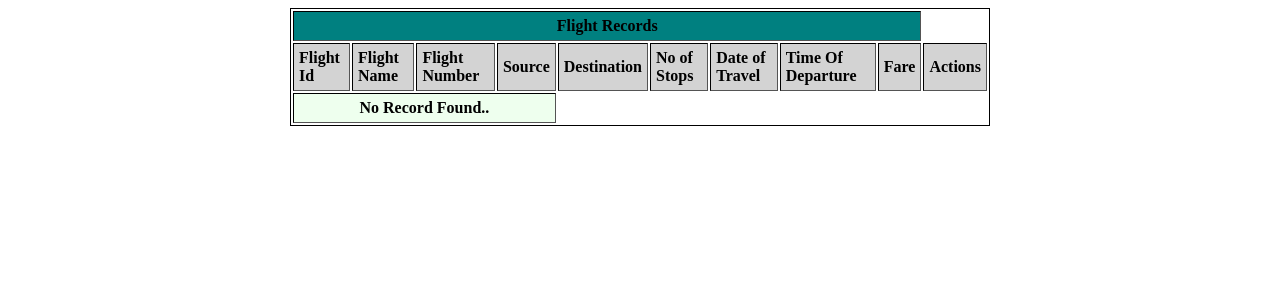
Repository: pawankas/Java_Mini_Project
Page: http://localhost/AirReservation/Search
These files come from the project's save history. The page is drawn as it stood at one moment and after the next save; the edit follows.
The browser window is 1280 px wide. The pictures show the whole page.
The page is served by Tomcat 9. Other server files are loaded and not shown. Queries for data that is not in the repository find no rows.

Above is the page before, as saved 2022-03-17 17:39:03.

### Mini_Project_Java/AirReservation/WebContent/SearchView.jsp
<%@ page import="java.util.*" %>
 <%@page contentType="text/html" pageEncoding="UTF-8"%>
<!DOCTYPE HTML>
<html>
    <head>
    </head>
    <body>
        <table width="700px" align="center" border="1" cellpadding="5"
               style="border:1px solid #000000;">
            <tr>
                <td colspan=9 align="center"
                    style="background-color:teal">
                    <b>Flight Records</b></td>
            </tr>
            <tr style="background-color:lightgrey;">
                <td><b>Flight Id</b></td>
                <td><b>Flight Name</b></td>
                <td><b>Flight Number</b></td>
                <td><b>Source</b></td>
                <td><b>Destination</b></td>
                <td><b>No of Stops</b></td>
                <td><b>Date of Travel</b></td>
                <td><b>Time Of Departure</b></td>
                <td><b>Fare</b></td>
                <td><b>Actions</b></td>

            </tr>

            <%
                int count = 0;
                String color = "";
                if (request.getAttribute("flightList") != null) {
                    ArrayList al = (ArrayList) request.getAttribute("flightList");
                    System.out.println(al);
                    Iterator itr = al.iterator();
                    while (itr.hasNext()) {

                        if ((count % 2) == 0) {
                            color = "";
                        }
                        count++;
                        ArrayList flightList = (ArrayList) itr.next();
            %>
            <tr style="background-color:<%=color%>;">
                <td><%=flightList.get(0)%></td>
                <td><%=flightList.get(1)%></td>
                <td><%=flightList.get(2)%></td>
                <td><%=flightList.get(3)%></td>
                <td><%=flightList.get(4)%></td>
                <td><%=flightList.get(5)%></td>
                <td><%=flightList.get(6)%></td>
                <td><%=flightList.get(7)%></td>
                <td><%=flightList.get(8)%></td>
               <td><a
						href="edit?flightId=<c:out value='${flight.flightId}' />">Edit</a>
						&nbsp;&nbsp;&nbsp;&nbsp; <a
						href="delete?flightId=<c:out value='${flight.flightId}' />">Delete</a>
						</td>
            </tr>
            <%
                    }
                }
                if (count == 0) {
            %>
            <tr>
                <td colspan=4 align="center"
                    style="background-color:#eeffee"><b>No Record Found..</b></td>
            </tr>
            <%            }
            %>
        </table>
    </body>
</html>

### Mini_Project_Java/AirReservation/src/com/cybage/controller/FlightControllerServlet.java
package com.cybage.controller;

import java.io.IOException;
import java.io.PrintWriter;
import java.sql.Connection;
import java.sql.DriverManager;
import java.sql.ResultSet;
import java.sql.SQLException;
import java.sql.Statement;
import java.text.SimpleDateFormat;
import java.util.ArrayList;
import java.util.Date;
import java.util.List;

import javax.servlet.RequestDispatcher;
import javax.servlet.ServletException;
import javax.servlet.annotation.WebServlet;
import javax.servlet.http.HttpServlet;
import javax.servlet.http.HttpServletRequest;
import javax.servlet.http.HttpServletResponse;

import com.cybage.dao.FlightDao;
import com.cybage.model.Flight;

@WebServlet("/")
public class FlightControllerServlet extends HttpServlet {
	private static final long serialVersionUID = 1L;
	private FlightDao flightDao;

	public void init() {
		flightDao = new FlightDao();
	}

	protected void doPost(HttpServletRequest request, HttpServletResponse response)
			throws ServletException, IOException {
		doGet(request, response);
	}

	protected void doGet(HttpServletRequest request, HttpServletResponse response)
			throws ServletException, IOException {
		String action = request.getServletPath();

		try {
			switch (action) {
			case "/new":
				showNewForm(request, response);
				break;
			case "/insert":
				insertFlight(request, response);
				break;
			case "/delete":
				deleteFlight(request, response);
				break;
			case "/edit":
				showEditForm(request, response);
				break;
			case "/update":
				updateFlight(request, response);
				break;
			case "/uflist":
				userFlightList(request, response);
				break;
			case "/Search":
				searchFlightById(request, response);
				break;
			default:
				FlightList(request, response);
				break;
			}
		} catch (SQLException ex) {
			throw new ServletException(ex);
		}
	}

	private void FlightList(HttpServletRequest request, HttpServletResponse response)
			throws SQLException, IOException, ServletException {
		List<Flight> FlightList = flightDao.selectAllFlights();
		request.setAttribute("FlightList", FlightList);
		RequestDispatcher dispatcher = request.getRequestDispatcher("FlightList.jsp");
		dispatcher.forward(request, response);
	}

	private void userFlightList(HttpServletRequest request, HttpServletResponse response)
			throws SQLException, IOException, ServletException {
		List<Flight> FlightList = flightDao.selectAllFlights();
		request.setAttribute("FlightList", FlightList);
		RequestDispatcher dispatcher = request.getRequestDispatcher("userHome.jsp");
		dispatcher.forward(request, response);
	}

	private void showNewForm(HttpServletRequest request, HttpServletResponse response)
			throws ServletException, IOException {
		RequestDispatcher dispatcher = request.getRequestDispatcher("FlightForm.jsp");
		dispatcher.forward(request, response);
	}

	private void showEditForm(HttpServletRequest request, HttpServletResponse response)
			throws SQLException, ServletException, IOException {
		int flightId = Integer.parseInt(request.getParameter("flightId"));
		Flight existingFlight = flightDao.selectFlight(flightId);
		RequestDispatcher dispatcher = request.getRequestDispatcher("UpdateForm.jsp");
		request.setAttribute("flight", existingFlight);
		dispatcher.forward(request, response);

	}

	private void insertFlight(HttpServletRequest request, HttpServletResponse response)
			throws SQLException, IOException {
		String flightName = request.getParameter("flightName");
		String flightNumber = request.getParameter("flightNumber");
		String source = request.getParameter("source");
		String destination = request.getParameter("destination");
		String noOfStops = request.getParameter("noOfStops");
		String date = request.getParameter("date");
		String time = request.getParameter("time");
		double price = Double.parseDouble(request.getParameter("price"));
		Flight newFlight = new Flight(flightName, flightNumber, source, destination, noOfStops, date, time, price);
		flightDao.insertFlight(newFlight);
		response.sendRedirect("list");
	}

	private void updateFlight(HttpServletRequest request, HttpServletResponse response)
			throws IOException, SQLException {
		int flightId = Integer.parseInt(request.getParameter("flightId"));
		String flightName = request.getParameter("flightName");
		String flightNumber = request.getParameter("flightNumber");
		String source = request.getParameter("source");
		String destination = request.getParameter("destination");
		String noOfStops = request.getParameter("noOfStops");
		String date = request.getParameter("date");
		String time = request.getParameter("time");
		double price = Double.parseDouble(request.getParameter("price"));

		Flight flight = new Flight(flightId, flightName, flightNumber, source, destination, noOfStops, date, time,
				price);
		flightDao.updateFlight(flight);

		response.sendRedirect("list");
	}

	public void searchFlightById(HttpServletRequest request, HttpServletResponse response) throws IOException {
		response.setContentType("text/html");
		PrintWriter out = response.getWriter();
		Connection conn = null;
		String url = "jdbc:mysql://localhost:3306/";
		String dbName = "airlinereservationsystem";
		String driver = "com.mysql.jdbc.Driver";
		String userName = "root";
		String password = "P9637333109k@";
		Statement st = null;
		try {
			Class.forName(driver).newInstance();
			conn = DriverManager.getConnection(url + dbName, userName, password);
			System.out.println("connected!.....");
			String flightId = request.getParameter("flightId");
			System.out.println(flightId);
			ArrayList al = null;
			// Flight flight = null;
			ArrayList flightList = new ArrayList<>();
			String query = "select * from flight";
			if (flightId != null && !flightId.equals("")) {
				query = "select * from flight where flightId='" + flightId + "' ";
			}
			System.out.println("query " + query);
			st = conn.createStatement();
			ResultSet rs = st.executeQuery(query);

			while (rs.next()) {
				al = new ArrayList();
				/*
				 * Flight flight = new Flight();
				 * flight.setFlightId((Integer.parseInt(rs.getString(1))));
				 * flight.setFlightName(rs.getString(2));
				 */
				al.add(rs.getString(1));
				al.add(rs.getString(2));
				al.add(rs.getString(3));
				al.add(rs.getString(4));
				al.add(rs.getString(5));
				al.add(rs.getString(6));
				al.add(rs.getString(7));
				al.add(rs.getString(8));
				al.add(rs.getString(9));
				System.out.println("al :: " + al);
				flightList.add(al);
			}

			request.setAttribute("flightList", flightList);
			RequestDispatcher view = request.getRequestDispatcher("SearchView.jsp");
			view.forward(request, response);
			conn.close();
			System.out.println("Disconnected!");
		} catch (Exception e) {
			e.printStackTrace();
		}

	}

	private void deleteFlight(HttpServletRequest request, HttpServletResponse response)
			throws SQLException, IOException {
		System.out.println(request.getParameter("flightId"));
		try {
			int flightId = Integer.parseInt(request.getParameter("flightId"));
			flightDao.deleteFlight(flightId);

		} catch (NumberFormatException e) {
			// TODO Auto-generated catch block
			e.printStackTrace();
		}
		response.sendRedirect("list");
	}

}

After the next save:
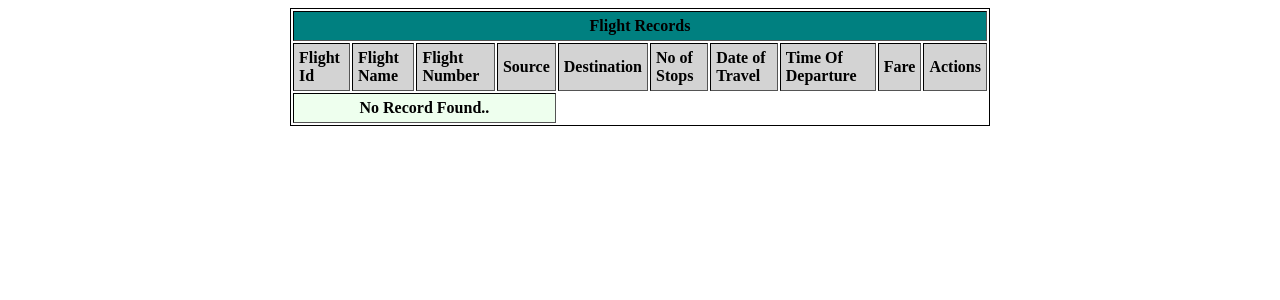
Saved 64 s later.
--- a/Mini_Project_Java/AirReservation/WebContent/SearchView.jsp
+++ b/Mini_Project_Java/AirReservation/WebContent/SearchView.jsp
@@ -8,7 +8,7 @@
         <table width="700px" align="center" border="1" cellpadding="5"
                style="border:1px solid #000000;">
             <tr>
-                <td colspan=9 align="center"
+                <td colspan=10 align="center"
                     style="background-color:teal">
                     <b>Flight Records</b></td>
             </tr>
